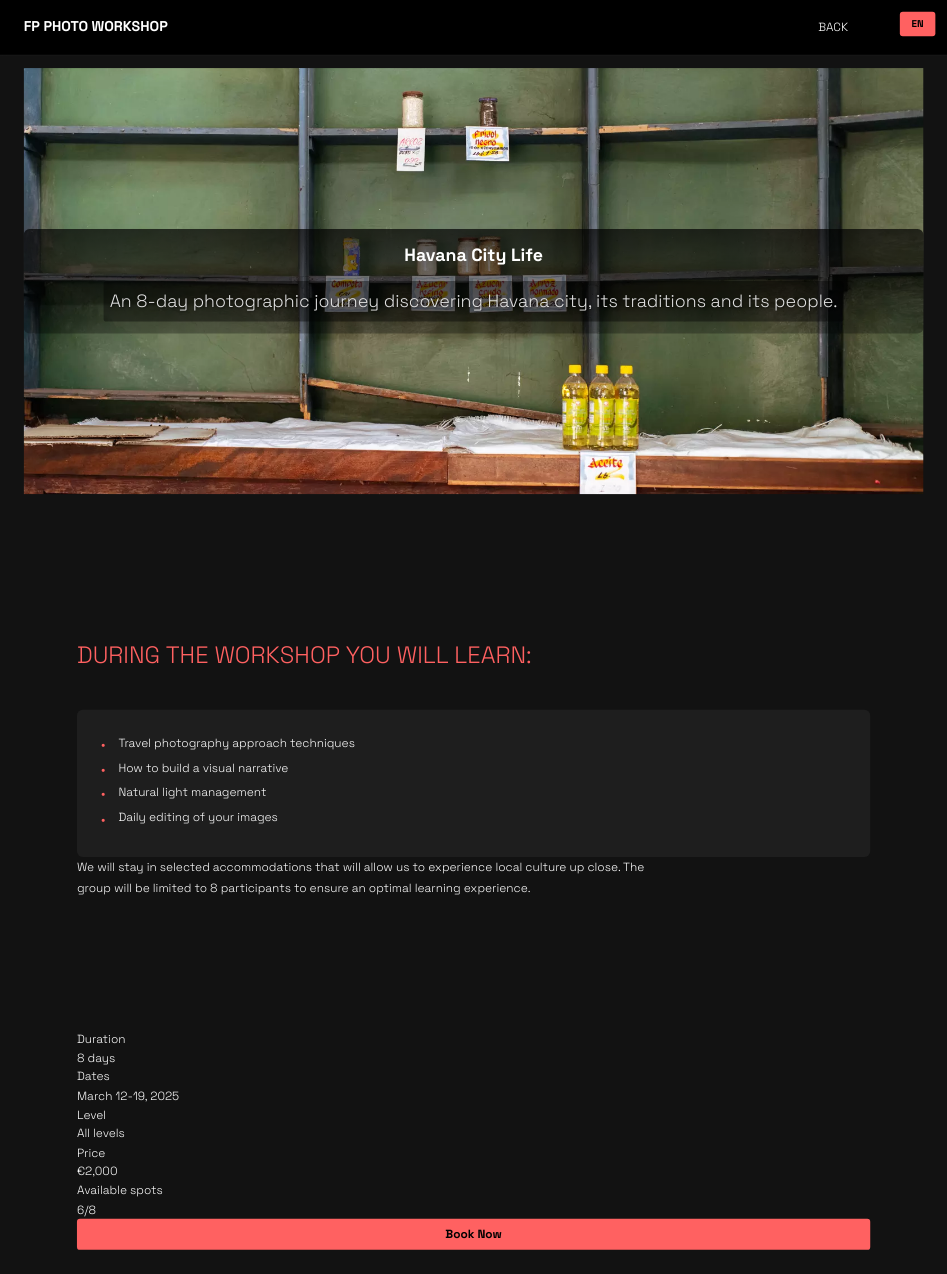
Repository: philipkdpavkia/photo-auto
Page: workshop/cuba.html
The author's editor kept a copy of each file at every save. The page is drawn from the files as they stood at one save, then again after the next save.
The browser window is 1280 px wide. The pictures show the whole page, at 74% of full size.

Above is the page before, as saved 2024-11-23 19:32:20.

### workshop/cuba.html
<!DOCTYPE html>
<html lang="en">
<head>
    <meta charset="UTF-8">
    <title>Cuba Photography Workshop 2024-2025 | Francesco Pavia</title>
    <meta name="description" content="Photography workshop in Cuba with Francesco Pavia. Explore Havana and Trinidad through photography. 2024-2025 dates, small groups, all levels welcome.">
    <link rel="canonical" href="https://francescopavia.org/workshop/cuba" />
    <link rel="stylesheet" href="https://cdnjs.cloudflare.com/ajax/libs/font-awesome/6.0.0/css/all.min.css">
    <link rel="stylesheet" href="/css/style.css">
    <script src="/language.js"></script>

    <script type="application/ld+json">
    {
      "@context": "https://schema.org",
      "@type": "Event",
      "name": "Cuba Photography Workshop - Havana City Life",
      "description": "Photography workshop in Cuba with Francesco Pavia",
      "startDate": "2025-03-12",
      "endDate": "2025-03-19",
      "organizer": {
        "@type": "Person",
        "name": "Francesco Pavia"
      },
      "eventStatus": "https://schema.org/ScheduledEvent",
      "eventAttendanceMode": "https://schema.org/OfflineEventAttendanceMode",
      "location": {
        "@type": "Place",
        "name": "Havana, Cuba"
      },
      "offers": {
        "@type": "Offer",
        "price": "2000",
        "priceCurrency": "EUR"
      }
    }
    </script>
</head>
<body>
    <header class="header">
        <nav class="nav">
            <a class="logo" href="#">FP PHOTO WORKSHOP</a>
            <button id="langSwitch" class="lang-switch" onclick="switchLanguage()">EN</button>
            <div class="nav-links">
                <a href="index.html" data-i18n="workshops.cuba.back">BACK</a>
                <a href="https://instagram.com/fpphotoworkshop" target="_blank" class="instagram-link">
                    <i class="fab fa-instagram"></i>
                </a>
            </div>
        </nav>
    </header>

    <main>
        <section class="hero">
            <div class="workshop-link">
                <img alt="Havana Life" src="images/cuba/cub.webp" class="workshop-hero"/>
                <div class="workshop-text">
                    <h1 data-i18n="workshops.cuba.title">Havana City Life</h1>
                    <p data-i18n="workshops.cuba.description">
                        An 8-day photographic journey discovering Havana city, its traditions and its people.
                    </p>
                </div>
            </div>
        </section>

        <section class="about">
            <div class="workshop-content">
                <h2 data-i18n="workshops.cuba.learn" class="section-title">During the workshop you will learn:</h2>

                <div class="philosophy">
                    <ul>
                        <li data-i18n="workshops.cuba.technique1">Travel photography approach techniques</li>
                        <li data-i18n="workshops.cuba.technique2">How to build a visual narrative</li>
                        <li data-i18n="workshops.cuba.technique3">Natural light management</li>
                        <li data-i18n="workshops.cuba.technique4">Daily editing of your images</li>
                    </ul>
                </div>

                <p data-i18n="workshops.cuba.accommodation">
                    We will stay in selected accommodations that will allow us to experience local culture up close.
                    The group will be limited to 8 participants to ensure an optimal learning experience.
                </p>
            </div>
        </section>

        <section class="contact">
            <div class="workshop-sidebar">
                <div class="info-block">
                    <div class="info-label" data-i18n="workshops.cuba.duration">Duration</div>
                    <div class="info-value" data-i18n="workshops.cuba.duration_value">8 days</div>
                </div>
                <div class="info-block">
                    <div class="info-label" data-i18n="workshops.cuba.dates">Dates</div>
                    <div class="info-value" data-i18n="workshops.cuba.dates_value">March 12-19, 2025</div>
                </div>
                <div class="info-block">
                    <div class="info-label" data-i18n="workshops.cuba.level">Level</div>
                    <div class="info-value" data-i18n="workshops.cuba.level_value">All levels</div>
                </div>
                <div class="info-block">
                    <div class="info-label" data-i18n="workshops.cuba.price">Price</div>
                    <div class="info-value" data-i18n="workshops.cuba.price_value">€2,000</div>
                </div>
                <div class="info-block">
                    <div class="info-label" data-i18n="workshops.cuba.spots">Available spots</div>
                    <div class="info-value" data-i18n="workshops.cuba.spots_value">6/8</div>
                </div>
                <a href="iscrizione.html?workshop=cuba" class="workshop-button" data-i18n="workshops.cuba.book">Book Now</a>
            </div>
        </section>
    </main>
</body>
</html>

Loaded but not shown: translations.json (204 lines, source omitted); language.js (165 lines, source omitted); css/style.css (920 lines, source omitted)

After the next save:
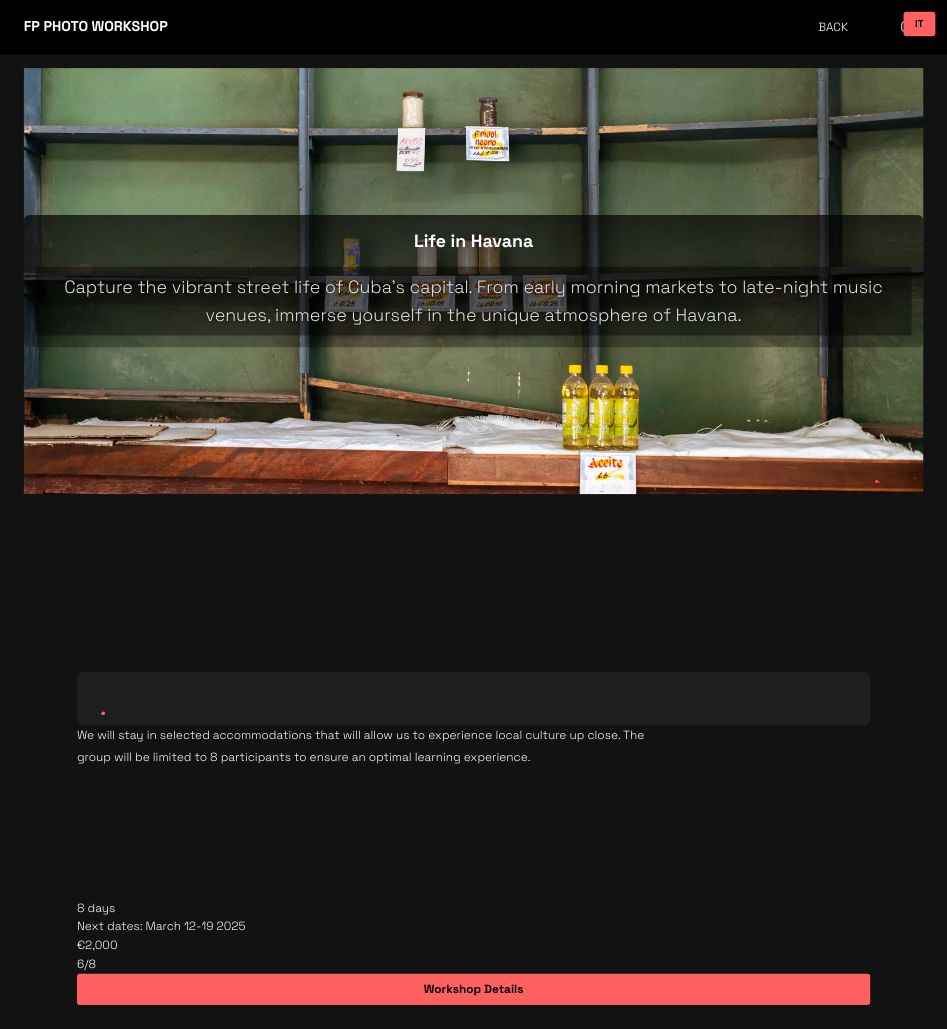
Saved 27 s later.
--- a/workshop/cuba.html
+++ b/workshop/cuba.html
@@ -7,7 +7,6 @@
     <link rel="canonical" href="https://francescopavia.org/workshop/cuba" />
     <link rel="stylesheet" href="https://cdnjs.cloudflare.com/ajax/libs/font-awesome/6.0.0/css/all.min.css">
     <link rel="stylesheet" href="/css/style.css">
-    <script src="/language.js"></script>
 
     <script type="application/ld+json">
     {
@@ -38,10 +37,10 @@
 <body>
     <header class="header">
         <nav class="nav">
-            <a class="logo" href="#">FP PHOTO WORKSHOP</a>
-            <button id="langSwitch" class="lang-switch" onclick="switchLanguage()">EN</button>
+            <a class="logo" href="/workshop/index.html">FP PHOTO WORKSHOP</a>
+            <button id="langSwitch" class="lang-switch" onclick="switchLanguage()">IT</button>
             <div class="nav-links">
-                <a href="index.html" data-i18n="workshops.cuba.back">BACK</a>
+                <a href="../index.html" data-translate="workshops_page.back">Back</a>
                 <a href="https://instagram.com/fpphotoworkshop" target="_blank" class="instagram-link">
                     <i class="fab fa-instagram"></i>
                 </a>
@@ -52,61 +51,60 @@
     <main>
         <section class="hero">
             <div class="workshop-link">
-                <img alt="Havana Life" src="images/cuba/cub.webp" class="workshop-hero"/>
+                <img alt="Havana Life" src="../images/cuba/cub.webp" class="workshop-hero"/>
                 <div class="workshop-text">
-                    <h1 data-i18n="workshops.cuba.title">Havana City Life</h1>
-                    <p data-i18n="workshops.cuba.description">
-                        An 8-day photographic journey discovering Havana city, its traditions and its people.
-                    </p>
+                    <h1 data-translate="workshops_page.cards.cuba.title"></h1>
+                    <p data-translate="workshops_page.cards.cuba.description"></p>
                 </div>
             </div>
         </section>
 
         <section class="about">
             <div class="workshop-content">
-                <h2 data-i18n="workshops.cuba.learn" class="section-title">During the workshop you will learn:</h2>
+                <h2 class="section-title" data-translate="workshops_page.learn_title"></h2>
 
                 <div class="philosophy">
                     <ul>
-                        <li data-i18n="workshops.cuba.technique1">Travel photography approach techniques</li>
-                        <li data-i18n="workshops.cuba.technique2">How to build a visual narrative</li>
-                        <li data-i18n="workshops.cuba.technique3">Natural light management</li>
-                        <li data-i18n="workshops.cuba.technique4">Daily editing of your images</li>
+                        <li data-translate="workshops_page.techniques.1"></li>
+                        <li data-translate="workshops_page.techniques.2"></li>
+                        <li data-translate="workshops_page.techniques.3"></li>
+                        <li data-translate="workshops_page.techniques.4"></li>
                     </ul>
                 </div>
 
-                <p data-i18n="workshops.cuba.accommodation">
-                    We will stay in selected accommodations that will allow us to experience local culture up close.
-                    The group will be limited to 8 participants to ensure an optimal learning experience.
-                </p>
+                <p data-translate="workshops_page.accommodation"></p>
             </div>
         </section>
 
         <section class="contact">
             <div class="workshop-sidebar">
+
                 <div class="info-block">
-                    <div class="info-label" data-i18n="workshops.cuba.duration">Duration</div>
-                    <div class="info-value" data-i18n="workshops.cuba.duration_value">8 days</div>
+                    <div class="info-label" data-translate="workshops_page.details.duration_label"></div>
+                    <div class="info-value" data-translate="workshops_page.cards.cuba.duration"></div>
                 </div>
                 <div class="info-block">
-                    <div class="info-label" data-i18n="workshops.cuba.dates">Dates</div>
-                    <div class="info-value" data-i18n="workshops.cuba.dates_value">March 12-19, 2025</div>
+                    <div class="info-label" data-translate="workshops_page.details.dates_label"></div>
+                    <div class="info-value" data-translate="workshops_page.cards.cuba.dates"></div>
                 </div>
                 <div class="info-block">
-                    <div class="info-label" data-i18n="workshops.cuba.level">Level</div>
-                    <div class="info-value" data-i18n="workshops.cuba.level_value">All levels</div>
+                    <div class="info-label" data-translate="workshops_page.details.level_label"></div>
+                    <div class="info-value" data-translate="workshops_page.details.level_value"></div>
                 </div>
                 <div class="info-block">
-                    <div class="info-label" data-i18n="workshops.cuba.price">Price</div>
-                    <div class="info-value" data-i18n="workshops.cuba.price_value">€2,000</div>
+                    <div class="info-label" data-translate="workshops_page.details.price_label"></div>
+                    <div class="info-value">€2,000</div>
                 </div>
                 <div class="info-block">
-                    <div class="info-label" data-i18n="workshops.cuba.spots">Available spots</div>
-                    <div class="info-value" data-i18n="workshops.cuba.spots_value">6/8</div>
+                    <div class="info-label" data-translate="workshops_page.details.spots_label"></div>
+                    <div class="info-value">6/8</div>
                 </div>
-                <a href="iscrizione.html?workshop=cuba" class="workshop-button" data-i18n="workshops.cuba.book">Book Now</a>
+                <a href="iscrizione.html?workshop=cuba" class="workshop-button" data-translate="workshops_page.cards.cuba.button"></a>
             </div>
         </section>
     </main>
+
+    <script src="/translations.json" type="application/json"></script>
+    <script src="/language.js"></script>
 </body>
 </html>

After the save that followed:
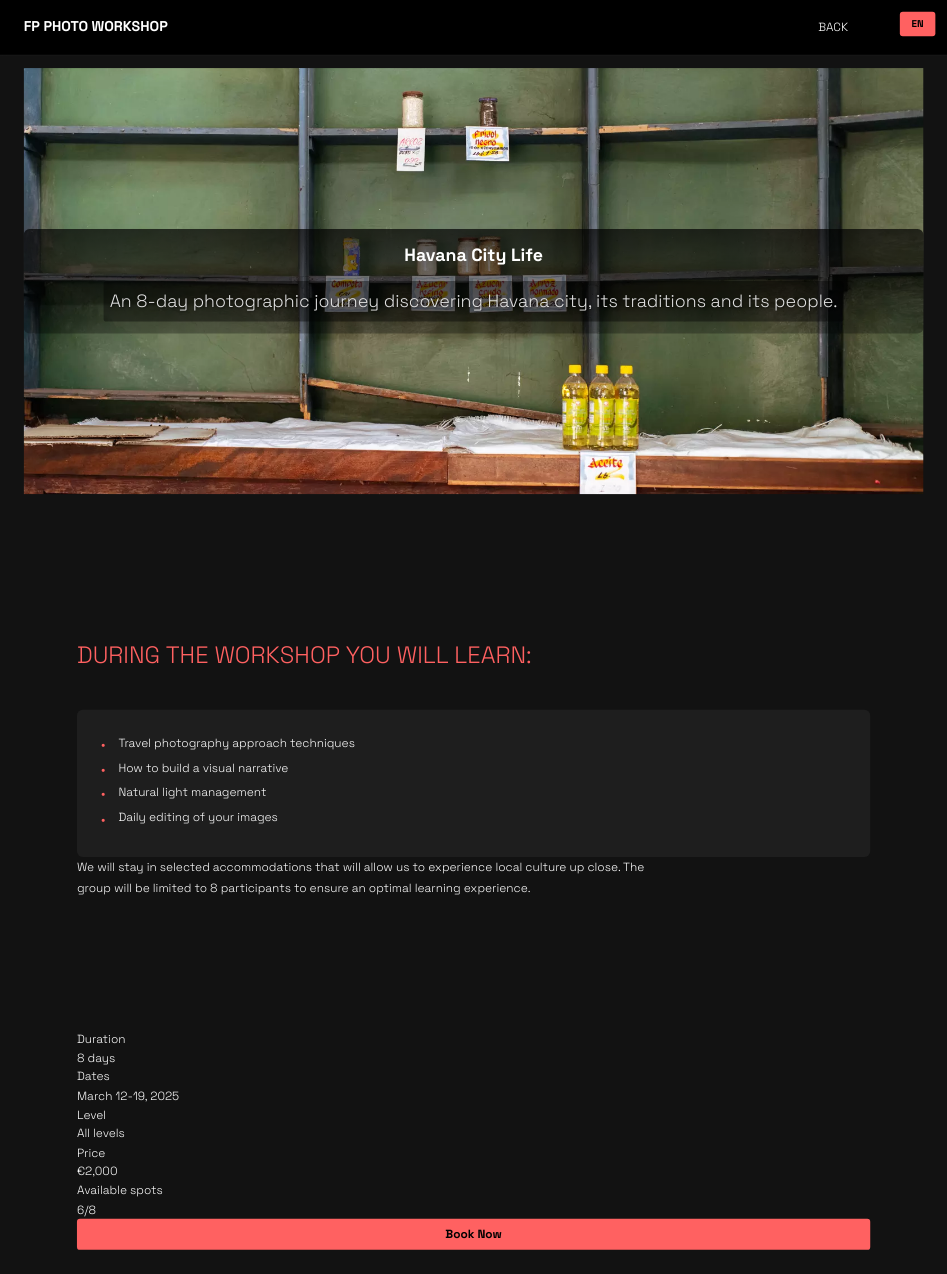
Console error: SyntaxError: Identifier 'currentLang' has already been declared
Saved 23 s later.
--- a/workshop/cuba.html
+++ b/workshop/cuba.html
@@ -7,6 +7,8 @@
     <link rel="canonical" href="https://francescopavia.org/workshop/cuba" />
     <link rel="stylesheet" href="https://cdnjs.cloudflare.com/ajax/libs/font-awesome/6.0.0/css/all.min.css">
     <link rel="stylesheet" href="/css/style.css">
+    <script src="/translations.json" type="application/json"></script>
+    <script src="/language.js"></script>
 
     <script type="application/ld+json">
     {
@@ -38,9 +40,9 @@
     <header class="header">
         <nav class="nav">
             <a class="logo" href="/workshop/index.html">FP PHOTO WORKSHOP</a>
-            <button id="langSwitch" class="lang-switch" onclick="switchLanguage()">IT</button>
+            <button id="langSwitch" class="lang-switch" onclick="switchLanguage()">EN</button>
             <div class="nav-links">
-                <a href="../index.html" data-translate="workshops_page.back">Back</a>
+                <a href="../index.html" data-i18n="workshops.mexico.back">BACK</a>
                 <a href="https://instagram.com/fpphotoworkshop" target="_blank" class="instagram-link">
                     <i class="fab fa-instagram"></i>
                 </a>
@@ -53,57 +55,60 @@
             <div class="workshop-link">
                 <img alt="Havana Life" src="../images/cuba/cub.webp" class="workshop-hero"/>
                 <div class="workshop-text">
-                    <h1 data-translate="workshops_page.cards.cuba.title"></h1>
-                    <p data-translate="workshops_page.cards.cuba.description"></p>
+                    <h1 data-i18n="workshops.cuba.title">Havana City Life</h1>
+                    <p data-i18n="workshops.cuba.description">
+                        An 8-day photographic journey discovering Havana city, its traditions and its people.
+                    </p>
                 </div>
             </div>
         </section>
 
         <section class="about">
             <div class="workshop-content">
-                <h2 class="section-title" data-translate="workshops_page.learn_title"></h2>
+                <h2 data-i18n="workshops.cuba.learn" class="section-title">During the workshop you will learn:</h2>
 
                 <div class="philosophy">
                     <ul>
-                        <li data-translate="workshops_page.techniques.1"></li>
-                        <li data-translate="workshops_page.techniques.2"></li>
-                        <li data-translate="workshops_page.techniques.3"></li>
-                        <li data-translate="workshops_page.techniques.4"></li>
+                        <li data-i18n="workshops.cuba.technique1">Travel photography approach techniques</li>
+                        <li data-i18n="workshops.cuba.technique2">How to build a visual narrative</li>
+                        <li data-i18n="workshops.cuba.technique3">Natural light management</li>
+                        <li data-i18n="workshops.cuba.technique4">Daily editing of your images</li>
                     </ul>
                 </div>
 
-                <p data-translate="workshops_page.accommodation"></p>
+                <p data-i18n="workshops.cuba.accommodation">
+                    We will stay in selected accommodations that will allow us to experience local culture up close.
+                    The group will be limited to 8 participants to ensure an optimal learning experience.
+                </p>
             </div>
         </section>
 
         <section class="contact">
             <div class="workshop-sidebar">
-
                 <div class="info-block">
-                    <div class="info-label" data-translate="workshops_page.details.duration_label"></div>
-                    <div class="info-value" data-translate="workshops_page.cards.cuba.duration"></div>
+                    <div class="info-label" data-i18n="workshops.cuba.duration">Duration</div>
+                    <div class="info-value" data-i18n="workshops.cuba.duration_value">8 days</div>
                 </div>
                 <div class="info-block">
-                    <div class="info-label" data-translate="workshops_page.details.dates_label"></div>
-                    <div class="info-value" data-translate="workshops_page.cards.cuba.dates"></div>
+                    <div class="info-label" data-i18n="workshops.cuba.dates">Dates</div>
+                    <div class="info-value" data-i18n="workshops.cuba.dates_value">March 12-19, 2025</div>
                 </div>
                 <div class="info-block">
-                    <div class="info-label" data-translate="workshops_page.details.level_label"></div>
-                    <div class="info-value" data-translate="workshops_page.details.level_value"></div>
+                    <div class="info-label" data-i18n="workshops.cuba.level">Level</div>
+                    <div class="info-value" data-i18n="workshops.cuba.level_value">All levels</div>
                 </div>
                 <div class="info-block">
-                    <div class="info-label" data-translate="workshops_page.details.price_label"></div>
-                    <div class="info-value">€2,000</div>
+                    <div class="info-label" data-i18n="workshops.cuba.price">Price</div>
+                    <div class="info-value" data-i18n="workshops.cuba.price_value">€2,000</div>
                 </div>
                 <div class="info-block">
-                    <div class="info-label" data-translate="workshops_page.details.spots_label"></div>
-                    <div class="info-value">6/8</div>
+                    <div class="info-label" data-i18n="workshops.cuba.spots">Available spots</div>
+                    <div class="info-value" data-i18n="workshops.cuba.spots_value">6/8</div>
                 </div>
-                <a href="iscrizione.html?workshop=cuba" class="workshop-button" data-translate="workshops_page.cards.cuba.button"></a>
+                <a href="iscrizione.html?workshop=cuba" class="workshop-button" data-i18n="workshops.cuba.book">Book Now</a>
             </div>
         </section>
     </main>
-
     <script src="/translations.json" type="application/json"></script>
     <script src="/language.js"></script>
 </body>
